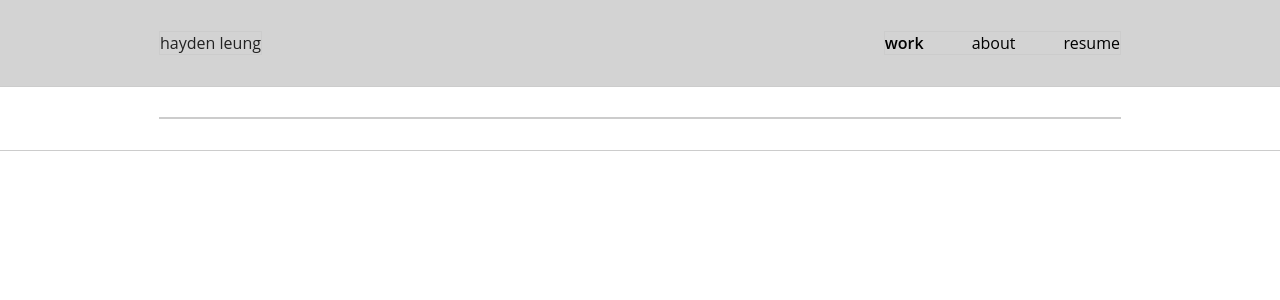
Repository: Haydenleung/Artifact
Page: /
These files come from the project's save history. The page is drawn as it stood at one moment and after the next save; the edit follows.
The browser window is 1280 px wide. The pictures show the whole page.
The project was rebuilt for these pictures with package versions that can differ from the ones it lists, and the page was loaded fresh each time. The framework's server and built-in components were replaced by stand-ins that run in the browser. Also part of the build but not shown: next.config.mjs.

Above is the page before, as saved 2024-01-28 22:39:18.

### src/pages/index.tsx
import Image from "next/image";
import Navbar from "@/components/Navbar";
import CaseStudy from "@/components/CaseStudy";

export default function Home() {
  return (
    <main className={"page"}>
      <Navbar />
      <div className={"caseStudy"}>
        <CaseStudy />
      </div>
    </main>
  )
}

### src/styles/globals.css
/* ==========================================================================
    [Table of contents]

    1. BASE
        1.1 Page Rendering Defaults
        1.2 Core Styling
        1.3 Typography
    2. LAYOUT
        2.1 Core Layout
        2.2 Small only
        2.3 medium and up
        2.4 Medium only
        2.5 large screens and up
    3. UTILITY classes
    4. PRINT

    ========================================================================== */

/* ==========================================================================
   BASE
   ========================================================================== */

/* 1.1 Page Rendering Defaults */

html {
  color: #222;
  font-size: 1em;
}

::-moz-selection {
  background: #b3d4fc;
  text-shadow: none;
}

::selection {
  background: #b3d4fc;
  text-shadow: none;
}

audio,
canvas,
iframe,
i,
img,
svg,
video {
  vertical-align: middle;
}

fieldset {
  border: 0;
  margin: 0;
  padding: 0;
}

textarea {
  resize: vertical;
}

/* 1.2 Core Styling */

/* refer to https://css-tricks.com/box-sizing/ */

*,
*:before,
*:after {
  box-sizing: border-box;
}

img {
  width: 100%;
}

/* 1.3 Typgraphy */

@import url('https://fonts.googleapis.com/css2?family=Open+Sans:ital,wght@0,300;0,400;0,500;0,600;0,700;0,800;1,300;1,400;1,500;1,600;1,700;1,800&display=swap');

h1,
h2,
h3,
h4,
h5,
h6 {
  font-weight: 400;
  text-align: center;
  margin: 0;
}

h1 {
  font-size: 24pt;
  font-weight: 200;
}

h2 {
  font-size: 16pt;
}

h4 {
  font-size: 9pt;
}

h5 {
  font-size: 8pt;
}

* {
  font-family: 'Open Sans', sans-serif;
}


/* ==========================================================================
 2. LAYOUT
 ========================================================================== */

/* Helper to display empty layout containers*/

div,
main,
section,
footer,
header {
  outline: 1px solid #ccc;
}

body {
  padding: 0;
  margin: 0;
}

/* 2.1 Core layout */

.row {
  display: grid;
  row-gap: 1rem;
}

.col {
  position: relative;
}

.page {
  display: flex;
  flex-direction: column;
  justify-content: center;
  align-items: center;
}

.caseStudy {
  width: 100%;
  padding: 2rem 10rem;
}

/* Navbar */

/* 2.2 Small only */

@media screen and (max-width: 39.9375em) {}

/* 2.3 medium and up */

@media screen and (min-width: 40em) {}

/* 2.4 Medium only */

@media screen and (min-width: 40em) and (max-width: 63.9375em) {}

/* 2.5 large screens and up 2.6 Large only */

/* @media screen and (min-width: 64em) {

} */

### src/components/Navbar/index.tsx
import styles from './navbar.module.css'
import Image from 'next/image'
import Link from 'next/link'
import { useState } from 'react'

export default function Navbar() {

    const [isPage, setIsPage] = useState("Work");

    return (
        <div className={styles.container}>
            <div className={styles.logo}>hayden leung</div>
            <div className={styles.pages}>
                <Link href="/" className={isPage === "Work" ? styles.bold : styles.normal}>work</Link>
                <Link href="/" className={isPage === "about" ? styles.bold : styles.normal}>about</Link>
                <Link href="/" className={isPage === "resume" ? styles.bold : styles.normal}>resume</Link>
            </div>
        </div>
    )
}

### src/components/CaseStudy/index.tsx
export default function CaseStudy() {
    return (
        <div>

        </div>
    )
}

### src/components/Navbar/navbar.module.css
.container {
    background-color: lightgrey;
    padding: 0.5rem;
    width: 100%;
    padding: 2rem 10rem;
    display: flex;
    flex-direction: row;
    justify-content: space-between;
    position: sticky;
    min-height: 44px;
}

.logo {}

.pages {
    display: flex;
    flex-direction: row;
    gap: 3rem;
}

.bold {
    font-weight: 600;
    color: black;
    text-decoration: none;
}

.normal {
    color: black;
    text-decoration: none;
}

Loaded but not shown: src/pages/_app.tsx (common file); src/pages/_document.tsx (common file); src/pages/api/hello.ts (common file)

After the next save:
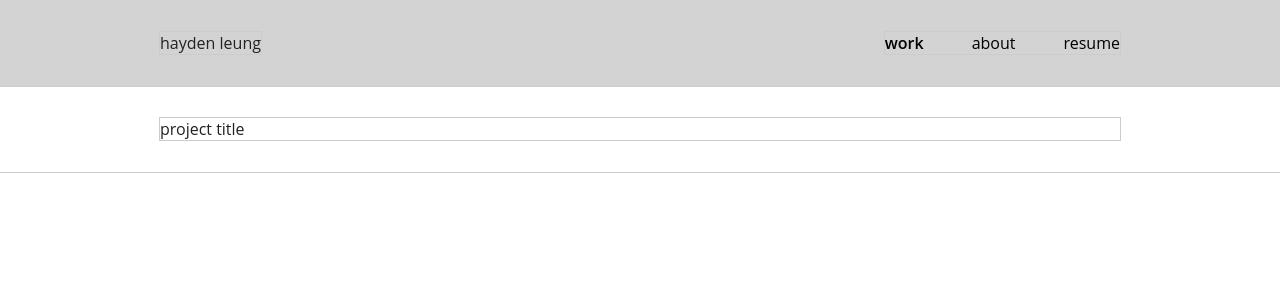
Saved 7 s later.
--- a/src/components/CaseStudy/index.tsx
+++ b/src/components/CaseStudy/index.tsx
@@ -1,7 +1,7 @@
 export default function CaseStudy() {
     return (
         <div>
-
+            project title
         </div>
     )
 }
